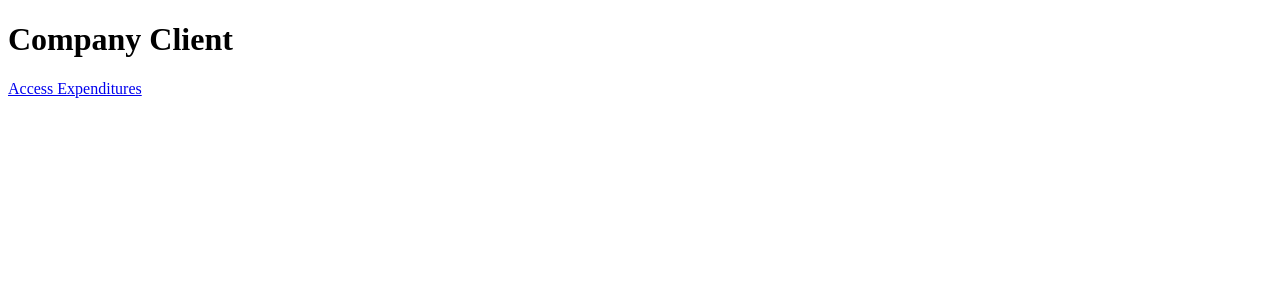
Repository: Divakar321/testing
Page: springclient/src/main/resources/static/index.html
An editor plug-in stored every save of this project. The page is shown before and after the next save, followed by the edit.
The browser window is 1280 px wide. The pictures show the whole page.

Above is the page before, as saved 2023-11-06 12:26:55.

### springclient/src/main/resources/static/index.html
<!DOCTYPE html>
<html>
<head>
    <meta charset="ISO-8859-1">
    <title>Test Company</title>
    <script src="https://ajax.googleapis.com/ajax/libs/jquery/3.6.1/jquery.min.js"></script>
</head>
<body>
    <h1>Company Client</h1>
    <a href="http://localhost:8888/expenditures" target="_blank">Access Expenditures</a>
</body>
</html>

After the next save:
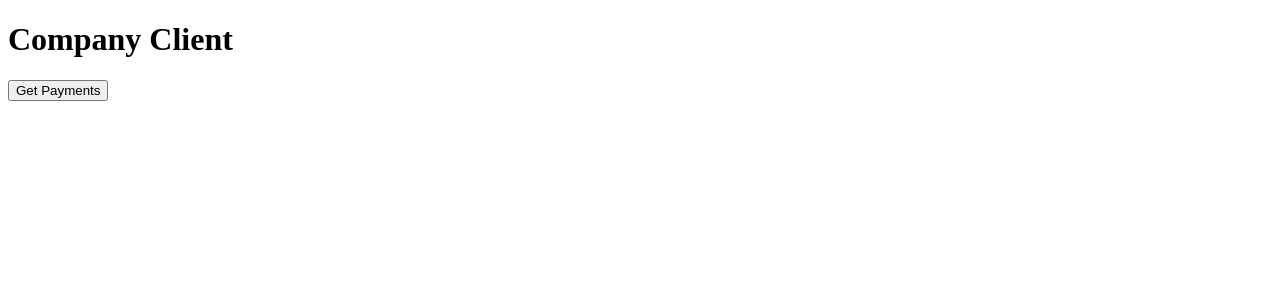
Saved 23 h 18 min later.
--- a/springclient/src/main/resources/static/index.html
+++ b/springclient/src/main/resources/static/index.html
@@ -1,12 +1,30 @@
 <!DOCTYPE html>
 <html>
 <head>
-    <meta charset="ISO-8859-1">
-    <title>Test Company</title>
-    <script src="https://ajax.googleapis.com/ajax/libs/jquery/3.6.1/jquery.min.js"></script>
+	<meta charset="ISO-8859-1">
+	<title>Company client</title>
+	<script src="https://ajax.googleapis.com/ajax/libs/jquery/3.6.1/jquery.min.js"></script>
+	<script>
+		function getPayments() {
+			$.ajax({
+				type: "GET",
+				url: "http://localhost:9999/payments",
+				headers: {
+					"Authorization": "Basic " + btoa("admin:admin")
+				},
+				success: function (result) {
+					// Convert the JSON response to a formatted string
+					var formattedResult = JSON.stringify(result, null, 2);
+					// Update the content of a div with the id "resultDiv" with the formatted JSON
+					$("#resultDiv").text(formattedResult);
+				}
+			});
+		}
+	</script>
 </head>
 <body>
-    <h1>Company Client</h1>
-    <a href="http://localhost:8888/expenditures" target="_blank">Access Expenditures</a>
+	<h1>Company Client</h1>
+	<button onclick="getPayments()">Get Payments</button>
+	<div id="resultDiv"></div>
 </body>
 </html>
